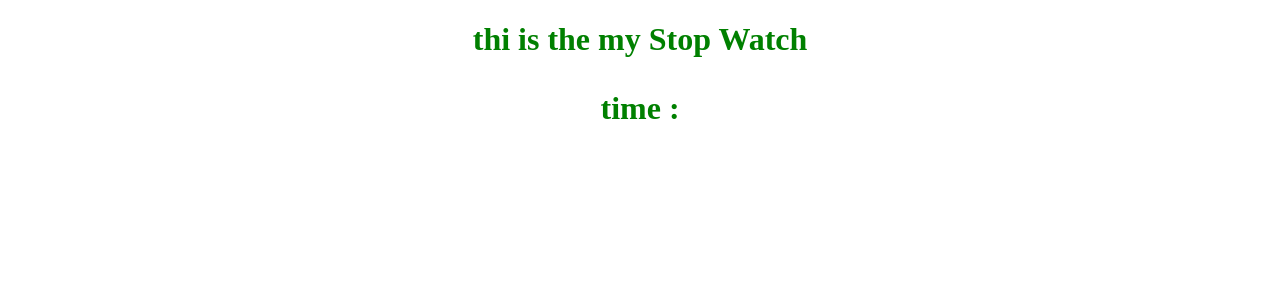
Repository: Gauravyadav678/GcounterApp
Page: / (app in gcounter/)
An editor plug-in stored every save of this project. The page is shown before and after the next save, followed by the edit.
The browser window is 1280 px wide. The pictures show the whole page.
The project was rebuilt for these pictures with package versions that can differ from the ones it lists, and the page was loaded fresh each time. Also part of the build but not shown: gcounter/src/index.css, gcounter/src/components/typing.js, gcounter/src/counter.js.

Above is the page before, as saved 2024-10-23 16:04:59.

### gcounter/public/index.html
<!DOCTYPE html>
<html lang="en">
  <head>
    <meta charset="utf-8" />

    <meta name="viewport" content="width=device-width, initial-scale=1" />
    <meta name="theme-color" content="#000000" />


  </head>
  <body>

    <div id="root"></div>
  </body>
</html>

### gcounter/src/App.js

import './App.css';
import StopWatch from './components/stopWatch';
import TypingWithG from './components/typing';
import CounterApp from './counter';


function App() {
  return (
    <div className="App">
      <>
      {/* <h1>This is the counter App</h1> */}
      {/* <CounterApp/>
      <TypingWithG/> */}
      <StopWatch/>
      </>
    </div>
  );
}

export default App;

### gcounter/src/App.css
.App{
  text-align: center;
  color: green;
}

### gcounter/src/components/stopWatch.js
import React ,{useState , useEffect} from "react";

function StopWatch(){
    return(
        <>
        <h1>
         thi is the my Stop Watch

        <p>time : </p>
        </h1>
        </>
    )
}

export default StopWatch;

Loaded but not shown: gcounter/src/index.js (common file); gcounter/src/reportWebVitals.js (common file)

After the next save:
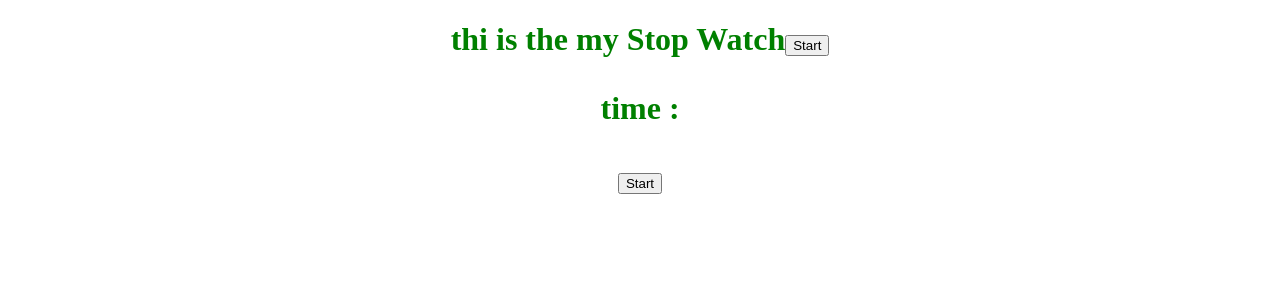
Saved 22 s later.
--- a/gcounter/src/components/stopWatch.js
+++ b/gcounter/src/components/stopWatch.js
@@ -5,8 +5,9 @@ function StopWatch(){
         <>
         <h1>
          thi is the my Stop Watch
-
+        <button>Start</button>
         <p>time : </p>
+        <button>Start</button>
         </h1>
         </>
     )
